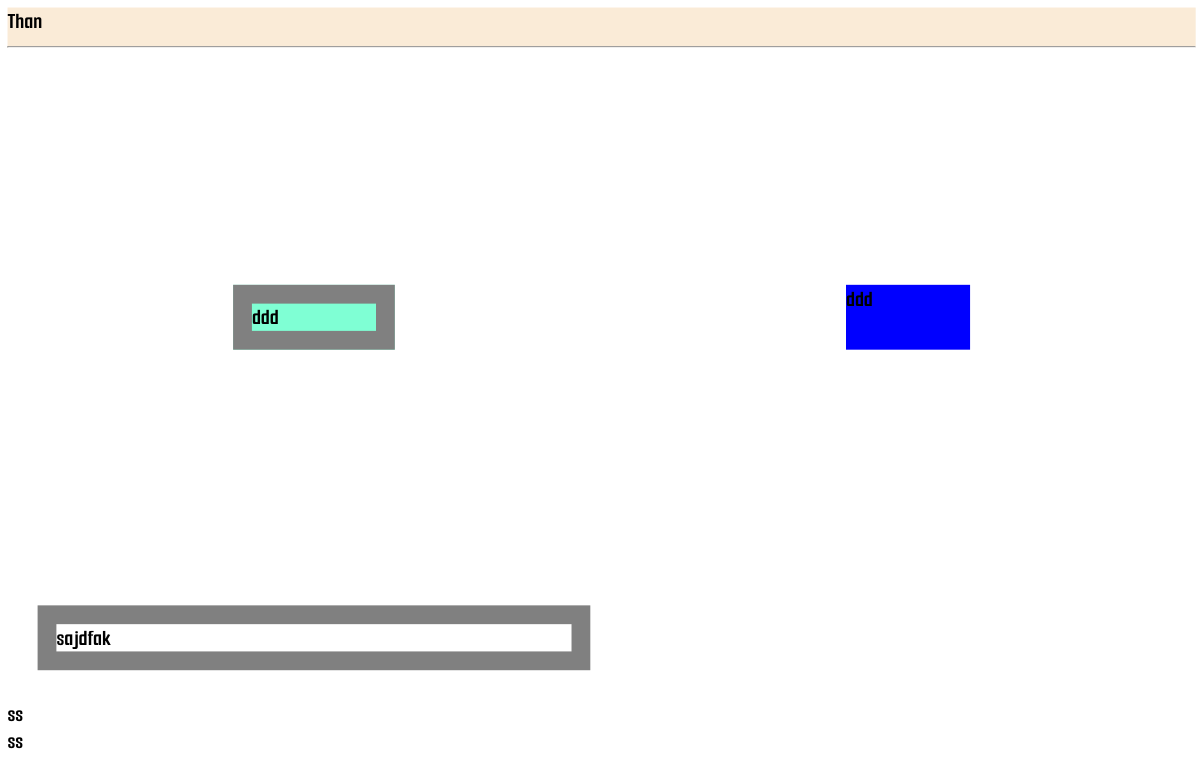
Repository: Than-dot/Than-dot
Page: index.html
An editor plug-in stored every save of this project. The page is shown before and after a run of saves, followed by the edit.
The browser window is 1280 px wide. The pictures show the whole page, at 94% of full size.

Above is the page before, as saved 2026-04-22 12:43:39.

### index.html
<!doctype html>
<html lang="en">
  <head>
    <meta charset="UTF-8" />
    <meta name="viewport" content="width=device-width, initial-scale=1.0" />
    <title>Than</title>
    <link rel="stylesheet" href="styles/global.css" />
    <link rel="stylesheet" href="styles/index.css" />
  </head>

  <body>
    <header>
      <nav>Than</nav>
      <hr />
    </header>
    <main class="container">
      <article class="f-art">ddd</article>
      <aside class = "f-asi">ddd</aside>
      <article class="stats">sajdfak</article>
    </main>
    <article>ss</article>
    <aside>ss</aside>
  </body>
</html>

### styles/global.css
@font-face {
  font-family: Smooch-Sans;
  src: url(/assets/font/Roboto,Smooch_Sans/Smooch_Sans/SmoochSans-VariableFont_wght.ttf);
}

body {
  font-family: Smooch-Sans, sans-serif;
  font-weight: bold;
  font-size: 1.5rem;
}

### styles/index.css
.container {
  display: grid;
  grid-template-columns: auto auto;
}

header {
  background-color: antiquewhite;
}

.f-art {
  background-color: aquamarine;
  margin: 15rem;
  border: 20px solid grey;
}

.f-asi {
  background-color: blue;
  margin: 15rem;
}

.stats {
  margin-top: 2.5rem;
  margin-bottom: 5rem;
  margin: 2rem;
  border: 20px solid grey;
}

After the next 4 saves:
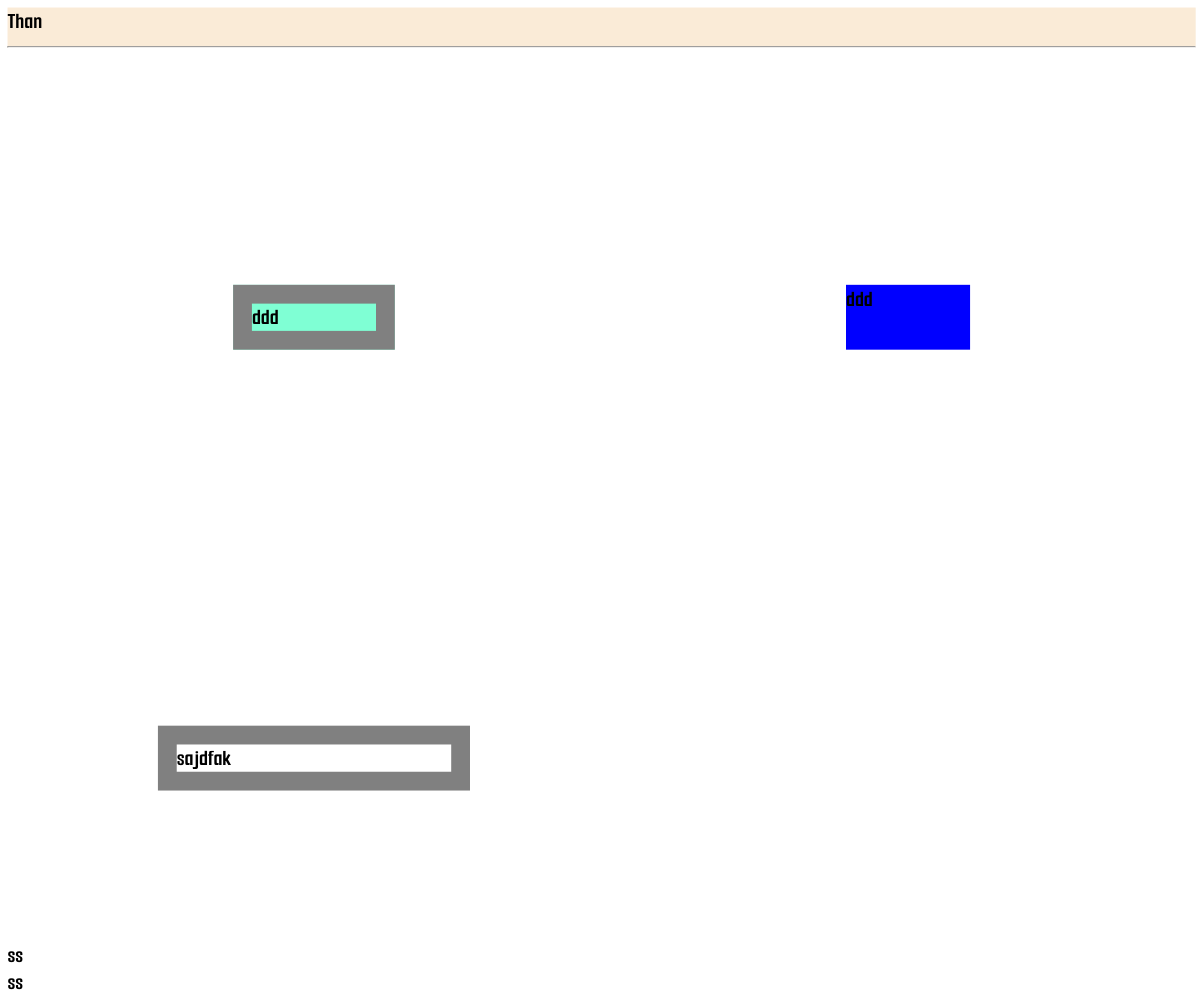
The 4 saves are shown as one change because they came seconds apart.
The last was saved 16 s later.
--- a/styles/index.css
+++ b/styles/index.css
@@ -19,8 +19,6 @@ header {
 }
 
 .stats {
-  margin-top: 2.5rem;
-  margin-bottom: 5rem;
-  margin: 2rem;
+  margin: 10rem;
   border: 20px solid grey;
 }
